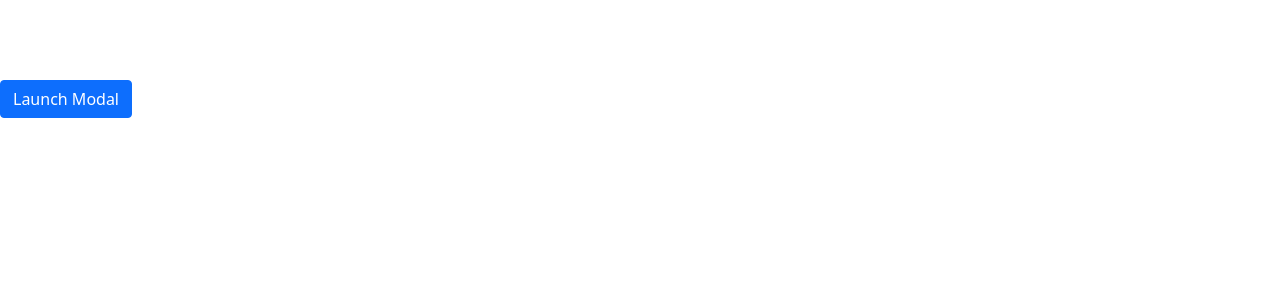
Repository: jerrywthompson/createRecipeWebpageHTML
Page: uploadModal/index.html
These files come from the project's save history. The page is drawn as it stood at one moment and after the next save; the edit follows.
The browser window is 1280 px wide. The pictures show the whole page.

Above is the page before, as saved 2021-02-25 15:16:49.
Console error: ReferenceError: $ is not defined

After the next save:
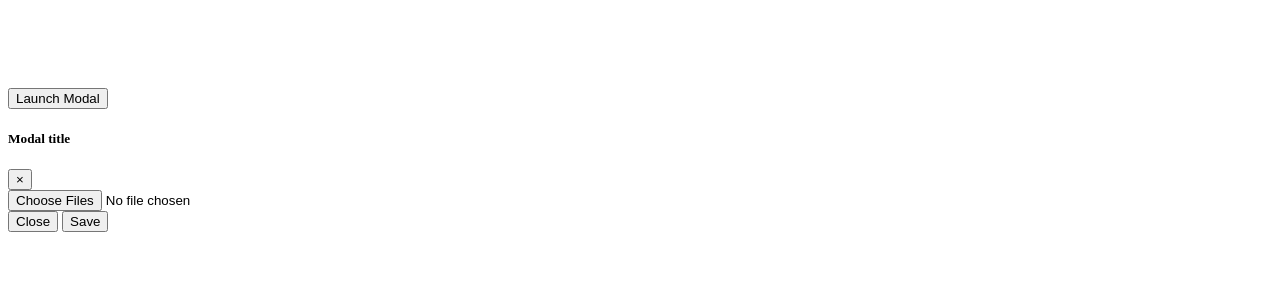
Saved 53 s later.
--- a/uploadModal/index.html
+++ b/uploadModal/index.html
@@ -10,7 +10,7 @@
 
         <link rel="stylesheet" href="css/main.css"/>
         <!-- Bootstrap core CSS -->
-        <link href="css/bootstrap5/css/bootstrap.min.css" rel="stylesheet">
+        <!-- <link href="css/bootstrap5/css/bootstrap.min.css" rel="stylesheet"> -->
 
         <style>
             .bd-placeholder-img {
